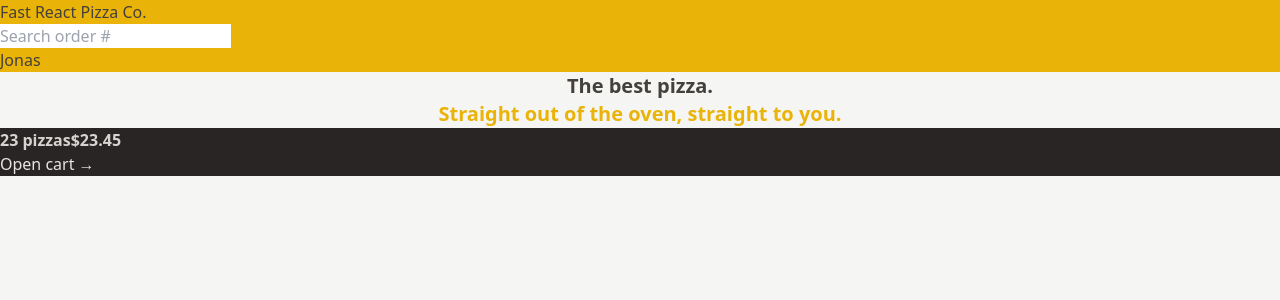
Repository: masamichan/pizza-vite
Page: /
An editor plug-in stored every save of this project. The page is shown before and after the next save, followed by the edit.
The browser window is 1280 px wide. The pictures show the whole page.
The project was rebuilt for these pictures with package versions that can differ from the ones it lists, and the page was loaded fresh each time. Also part of the build but not shown: vite.config.js, src/services/apiRestaurant.js, src/utils/helpers.js, src/features/menu/MenuItem.jsx, src/features/menu/Menu.jsx, src/features/cart/Cart.jsx, src/features/order/CreateOrder.jsx, src/features/order/Order.jsx and 2 more.

Above is the page before, as saved 2023-12-20 15:09:16.

### src/App.jsx
import { RouterProvider, createBrowserRouter } from "react-router-dom"
import Home from './ui/Home'
import Menu, {loader as menuLoader} from './features/menu/Menu';
import Cart from './features/cart/Cart';
import CreateOrder, {action as createOrderAction} from './features/order/CreateOrder';
import Order, {loader as orderLoader} from "./features/order/Order"
import AppLayout from "./ui/AppLayout";
import Error from "./ui/Error"

const router = createBrowserRouter([
  {
    element: <AppLayout />,
    errorElement: <Error />,
    children: [
  { path: "/", element: <Home/>},
  { path: "/menu", element: <Menu />, loader: menuLoader, errorElement: <Error />},
  {path: "/cart",element: <Cart />},
  {path: "/order/new",element: <CreateOrder />, action: createOrderAction},
  {path: "/order/:orderId", element: <Order />, loader: orderLoader, errorElement: <Error />}
    ],
  },
])




function App() {
  return <RouterProvider router={router} />
}

export default App

### src/ui/Home.jsx
function Home() {
  return (
    <div>
      <h1 className="text-xl font-semibold text-center">
        The best pizza.
        <br />
        <span className="text-yellow-500">
        Straight out of the oven, straight to you.
        </span>
      </h1>
    </div>
  );
}

export default Home;

### src/ui/AppLayout.jsx
import Header from "./Header"
import Loader from './Loader'
import { Outlet, useNavigation } from "react-router-dom"
import CartOverview from "../features/cart/CartOverview"


function AppLayout() {
  const navigation = useNavigation()
  const isLoading = navigation.state === "loading"
  return (
    <div className="layout">
    {isLoading && <Loader />}

    <Header />
    <main>
      <Outlet />
    </main>
    <CartOverview/>
    </div>
  )
}

export default AppLayout

### src/ui/Header.jsx
import { Link } from "react-router-dom"
import SearchOrder from "../features/order/SearchOrder"

function Header() {
  return (
    <header className="bg-yellow-500">
    <Link to="/">Fast React Pizza Co.</Link>
    <SearchOrder />
    <p>Jonas</p>
    </header>
  )
}

export default Header

### src/features/cart/CartOverview.jsx
import { Link } from "react-router-dom";

function CartOverview() {
  return (
    <div className="bg-stone-800 text-stone-200" >
      <p className="font-semibold text-stone-300">
        <span>23 pizzas</span>
        <span>$23.45</span>
      </p>
      <Link to="/cart">Open cart &rarr;</Link>
    </div>
  );
}

export default CartOverview;

### src/features/order/SearchOrder.jsx
import { useState } from "react"
import { useNavigate } from "react-router-dom";

function SearchOrder() {

  const[query, setQuery] = useState('')
  const navigate = useNavigate()

  function handleSubmit(e) {
    e.preventDefault();
    if(!query) return;
    navigate(`/order/${query}`)
    setQuery("");
  }

  return (
    <form onSubmit={handleSubmit}>
      <input
      placeholder="Search order #"
      value={query}
      onChange={(e) => setQuery(e.target.value)}
      />
    </form>
  )
}

export default SearchOrder

Loaded but not shown: index.html (common file); src/main.jsx (common file); src/index.css (common file); tailwind.config.js (common file)

After the next save:
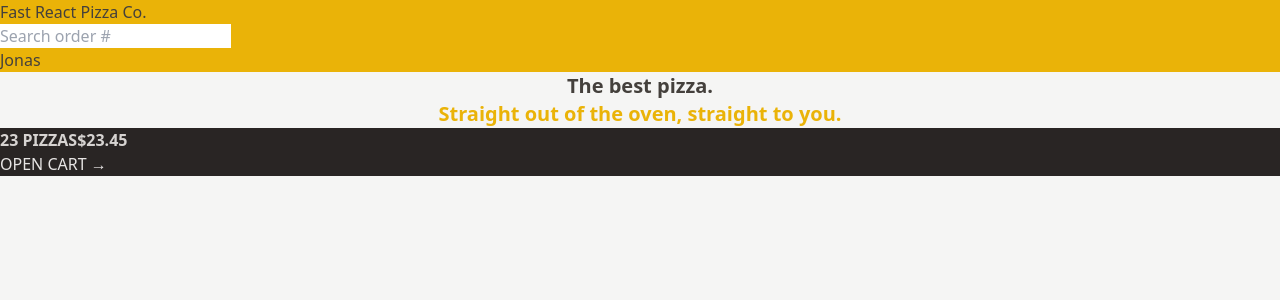
Saved 34 s later.
--- a/src/features/cart/CartOverview.jsx
+++ b/src/features/cart/CartOverview.jsx
@@ -2,7 +2,7 @@ import { Link } from "react-router-dom";
 
 function CartOverview() {
   return (
-    <div className="bg-stone-800 text-stone-200" >
+    <div className="bg-stone-800 uppercase text-stone-200" >
       <p className="font-semibold text-stone-300">
         <span>23 pizzas</span>
         <span>$23.45</span>
